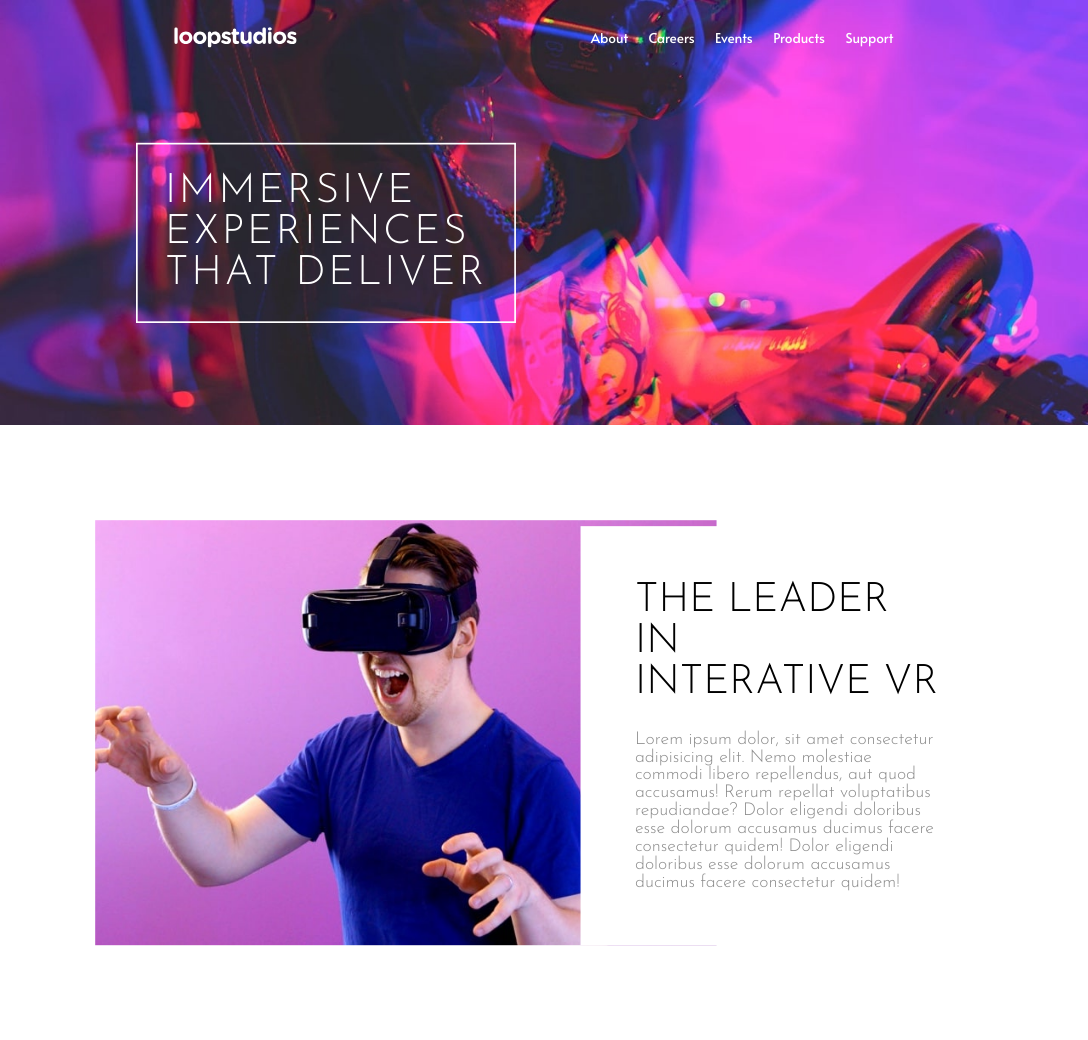
Repository: gligor99/loopstudios-fm
Page: /
These files come from the project's save history. The page is drawn as it stood at one moment and after the next save; the edit follows.
The browser window is 1280 px wide. The pictures show the whole page, at 85% of full size.
Backgrounds fixed to the window are drawn as part of the page. The project was rebuilt for these pictures with package versions that can differ from the ones it lists, and the page was loaded fresh each time.

Above is the page before, as saved 2021-11-28 15:58:29.

### src/index.css
@import url('https://fonts.googleapis.com/css2?family=Alata&family=Josefin+Sans:wght@300&display=swap');

:root {
  --clr-white: hsl(0, 0%, 100%);
  --clr-black: hsl(0, 0%, 0%);
  --clr-dark-gray: hsl(0, 0%, 55%);
  --clr-very-dark-gray: hsl(0, 0%, 41%)
}

*,
::after,
::before {
  margin: 0;
  padding: 0;
  box-sizing: border-box;
}

body {
  font-family: "Alata", sans-serif;
  background: var(--clr-light-grayish-cyan);
  color: var(--clr-grey-1);
  font-size: 1rem;
}

### src/App.jsx
import About from "./components/About/About";
import Hero from "./components/Hero/Hero";


function App() {
  return (
    <div className="App">
      <Hero />
      <About />
    </div>
  );
}

export default App;

### src/components/About/About.jsx
import "./about.css";
import image from "../../assets/desktop/image-interactive.jpg";

const About = () => {
  return (
    <div className="about-container">
      <img className="image-interactive" src={image} alt="interactive.jpg" />
      <div className="about-content">
        <h1 className="about-title">The leader in <br />interative VR</h1>
        <p className="about-p">
          Lorem ipsum dolor, sit amet consectetur adipisicing elit. Nemo
          molestiae commodi libero repellendus, aut quod accusamus! Rerum
          repellat voluptatibus repudiandae? Dolor eligendi doloribus esse
          dolorum accusamus ducimus facere consectetur quidem! Dolor eligendi doloribus esse
          dolorum accusamus ducimus facere consectetur quidem!
        </p>
      </div>
    </div>
  );
};

export default About;

### src/components/Hero/Hero.jsx
import React from "react";
import Navbar from "../Navbar/Navbar";
import "./hero.css";

const Hero = () => {
  return (
    <div className="container">
      <Navbar />
      <div className="container-content">
        <h1 className="title">
          Immersive <br /> experiences <br />
          that deliver
        </h1>
      </div>
    </div>
  );
};

export default Hero;

### src/components/About/about.css
.about-container {
  display: flex;
  justify-content: center;
  align-items: flex-end;
  margin: auto;
  padding: 7rem;
}

.image-interactive {
  height: 80%;
  z-index: -1;
}
.about-content {
  background-color: var(--clr-white);
  z-index: 1;
  height: 80%;
  padding: 4rem;
  margin-left: -10rem;
}

.about-title {
  font-family: "Josefin Sans", sans-serif;
  font-weight: 100;
  font-size: 3rem;
  text-transform: uppercase;
}

.about-p {
  color: var(--clr-dark-gray);
  font-family: "Josefin Sans", sans-serif;
  font-size: 1.3rem;
  padding-top: 2rem;
}

### src/components/Navbar/Navbar.jsx
import logo from "../../assets/logo.svg";
import "./navbar.css";

const Navbar = () => {
  return (
    <div className="wrapper">
      <img src={logo} alt="logo.svg" />
      <ul>
        <li>
          <a href="/about">About</a>
        </li>
        <li>
          <a href="/careers">Careers</a>
        </li>
        <li>
          <a href="/events">Events</a>
        </li>
        <li>
          <a href="/products">Products</a>
        </li>
        <li>
          <a href="/support">Support</a>
        </li>
      </ul>
    </div>
  );
};

export default Navbar;

### src/components/Hero/hero.css
.container {
    background: url('../../assets/desktop/image-hero.jpg');
    background-repeat: no-repeat;
    background-attachment: fixed;
    background-size: cover;
    height: 500px;
}
.container-content {
    display: flex;
    margin-top: 5rem;
    margin-left: 10rem;
}

.title {
    border: 2px solid var(--clr-white);
    padding: 2rem;
    text-transform: uppercase;
    font-family: 'Josefin Sans' , sans-serif;
    font-size: 3rem;
    font-weight: 100;
    letter-spacing: 0.2rem;
    color: white;
}

### src/components/Navbar/navbar.css
.wrapper {
  display: flex;
  flex-direction: row;
  justify-content: space-around;
  align-items: center;
  margin: auto;
  padding: 2rem;
  background-color: transparent;
}
img {
  height: 1.5rem;
}
ul {
  display: flex;
  flex-wrap: nowrap;
  justify-content: space-evenly;
}
li {
  list-style-type: none;
  padding-right: 1.5rem;
}
a {
  position: relative;
  display: inline-block;
  text-decoration: none;
  color: var(--clr-white);
}
a:after {
  content: "";
  position: absolute;
  left: 0;
  top: 100%;
  width: 0;
  height: 1.8px;
  background-color: var(--clr-white);
  transition: width 0.2s ease-in-out;
}
a:hover:after {
  width: 100%;
}

### src/components/Creations/Creations.jsx
const Creations = () => {
  return <div className="creation-container">
      <div className="creatione-header">
          <h1 className="creation-title">
              Our Creations
          </h1>
          <button className="creation-btn">
              See All
          </button>
      </div>
  </div>;
};

export default Creations;

Loaded but not shown: public/index.html (common file); src/index.jsx (common file)

After the next save:
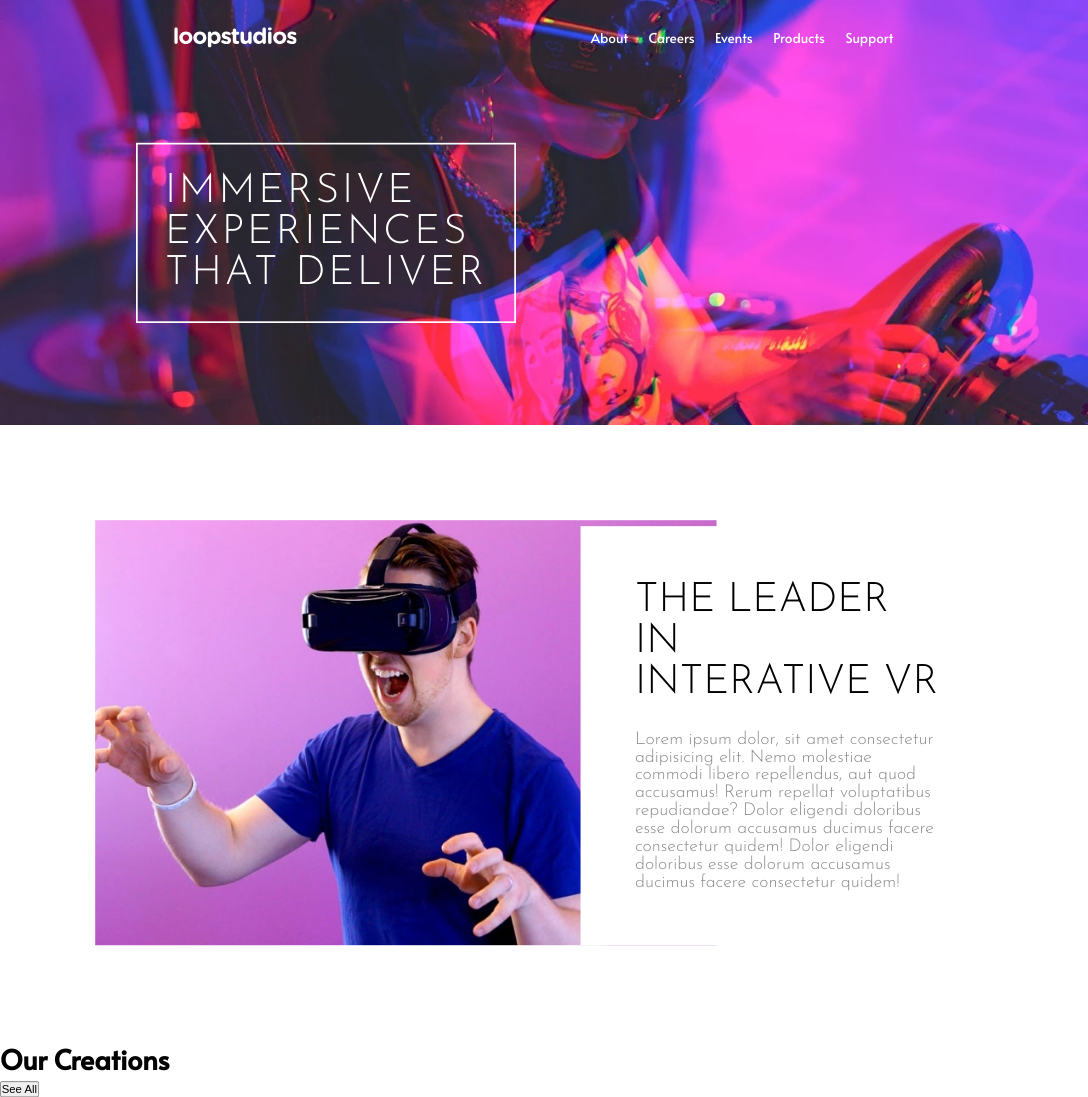
Saved 23 s later.
--- a/src/App.jsx
+++ b/src/App.jsx
@@ -1,4 +1,5 @@
 import About from "./components/About/About";
+import Creations from "./components/Creations/Creations";
 import Hero from "./components/Hero/Hero";
 
 
@@ -7,6 +8,7 @@ function App() {
     <div className="App">
       <Hero />
       <About />
+      <Creations />
     </div>
   );
 }
